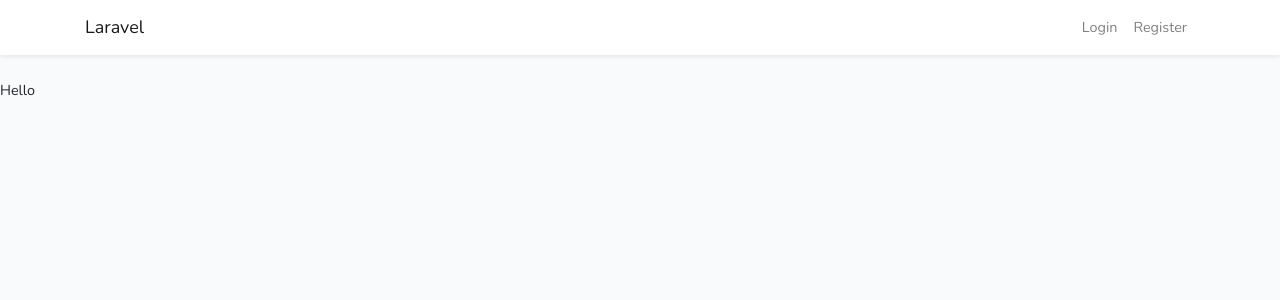
Repository: mohamedelbadawi/Simple-galley-using-laravel
Page: http://localhost/admin/albums/create
An editor plug-in stored every save of this project. The page is shown before and after the next save, followed by the edit.
The browser window is 1280 px wide. The pictures show the whole page.
The page is served by the project's Laravel application, run on PHP 8.4 with Laravel 8.

Above is the page before, as saved 2021-08-31 09:34:39.

After the next save:
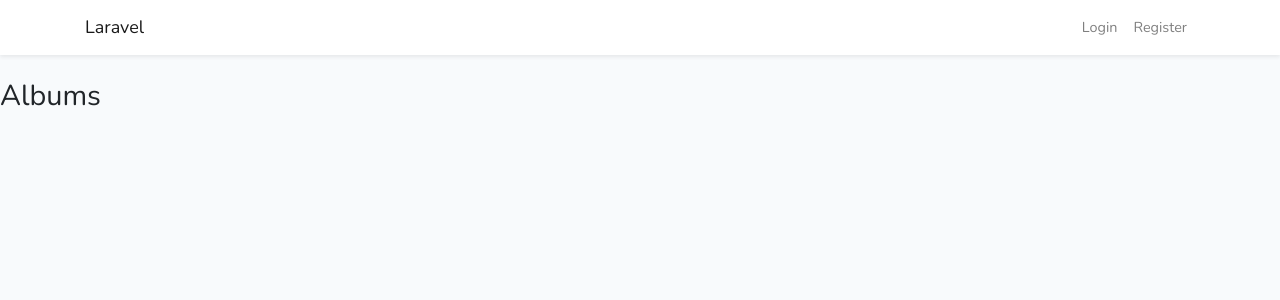
Saved 37 s later.
--- a/Gallery/resources/views/admin/albums/create.blade.php
+++ b/Gallery/resources/views/admin/albums/create.blade.php
@@ -1,4 +1,4 @@
 @extends('layouts.app')
 @section('content')
-    <p>Hello</p>
+    <h2>Albums</h2>
 @endsection
